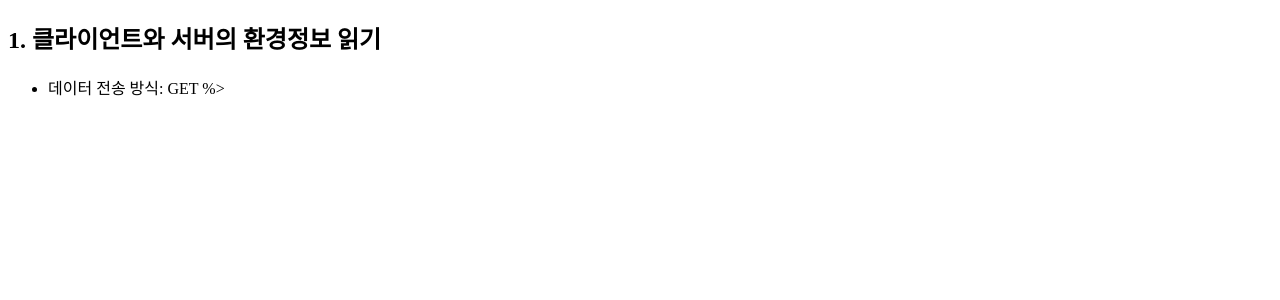
Repository: Jadedvst/JSP-Servlet
Page: http://localhost/MustHaveJSP/02ImplicitObject/ResponseLogin.jsp
These files come from the project's save history. The page is drawn as it stood at one moment and after the next save; the edit follows.
The browser window is 1280 px wide. The pictures show the whole page.
The page is served by Tomcat 9.

Above is the page before, as saved 2023-12-11 02:39:39.

After the next save:
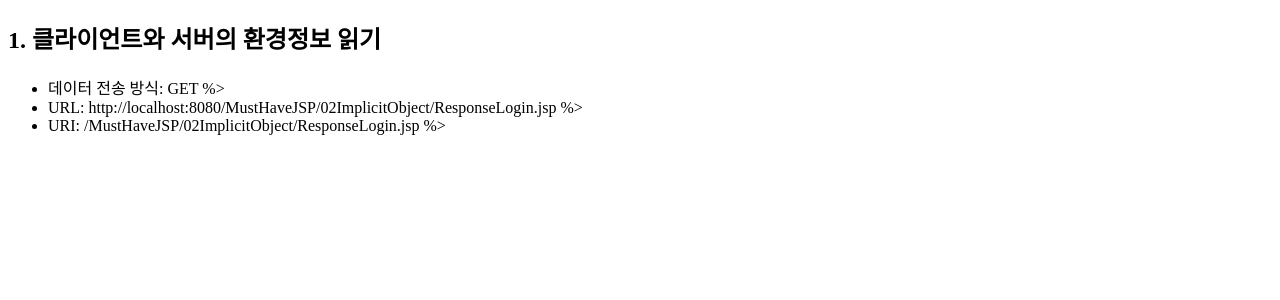
Saved 2 min 5 s later.
--- a/MustHaveJSP/src/main/webapp/02ImplicitObject/ResponseLogin.jsp
+++ b/MustHaveJSP/src/main/webapp/02ImplicitObject/ResponseLogin.jsp
@@ -10,6 +10,8 @@
 <h2>1. 클라이언트와 서버의 환경정보 읽기</h2>
 <ul>
 	<li>데이터 전송 방식: <%= request.getMethod()%> %></li>
+	<li>URL: <%= request.getRequestURL()%> %></li>
+	<li>URI: <%= request.getRequestURI()%> %></li>
 </ul>
 </body>
 </html>
